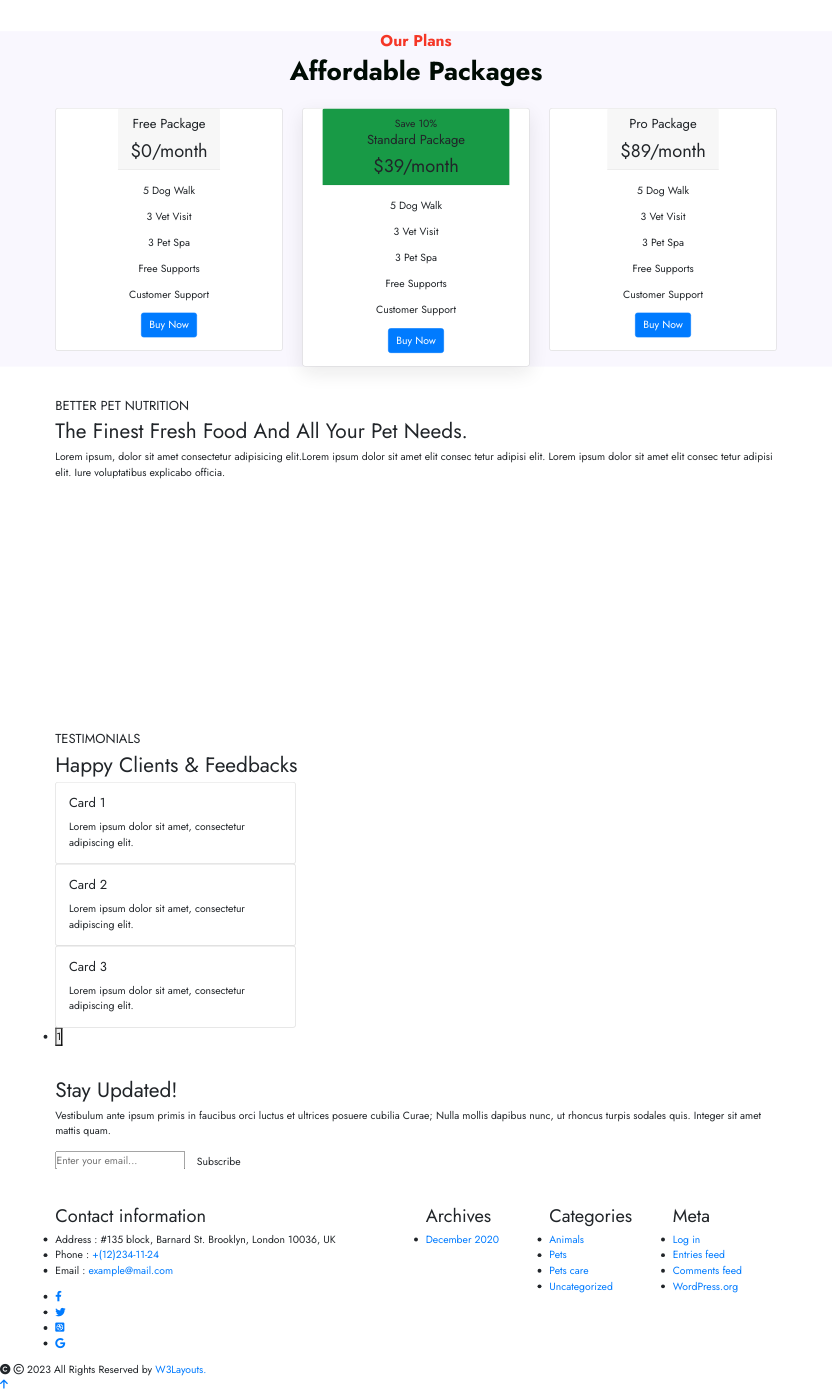
Repository: thanhfrankie/poochcare
Page: index.html
These files come from the project's save history. The page is drawn as it stood at one moment and after a run of saves; the edit follows.
The browser window is 1280 px wide. The pictures show the whole page, at 65% of full size.
Pictures or frames that could not be fetched are drawn as grey boxes.

Above is the page before, as saved 2023-12-20 21:54:40.

After the next 2 saves:
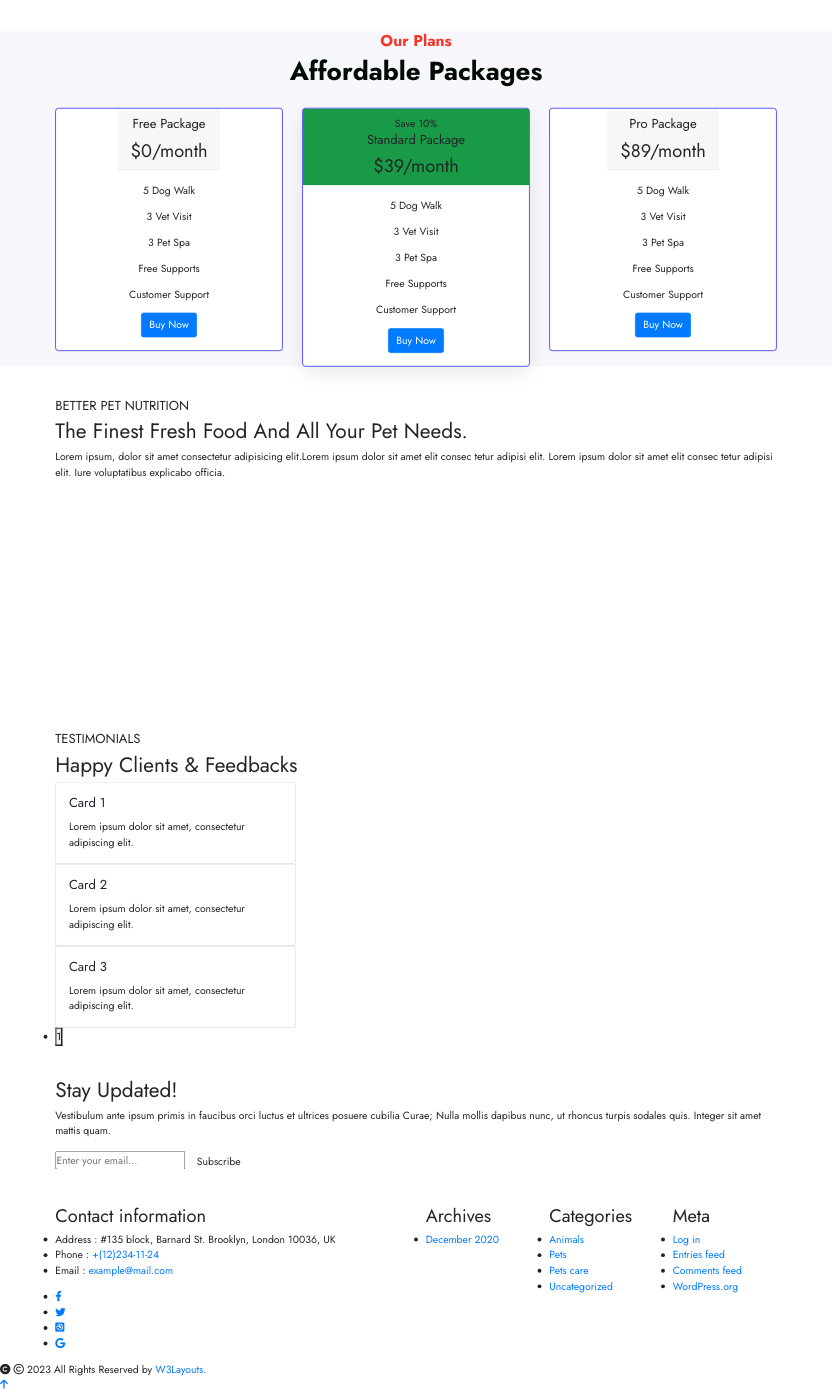
The 2 saves are shown as one change because they came seconds apart.
The last was saved 66 s later.
--- a/css/pricing.css
+++ b/css/pricing.css
@@ -36,11 +36,10 @@
     background-color: #FFFFFF;
     border-radius: 5px;
     /* border: none; */
-    border: 1px sold blue;
+    border: 1px solid blue;
  }
  .pricing .container .row .card2 {
     box-shadow: 0 10px 30px 0 rgba(17, 17, 17, 0.09);
-    padding: 0 30px;
     z-index: 1;
  }
  .pricing .container .row .card2 .card-header{
